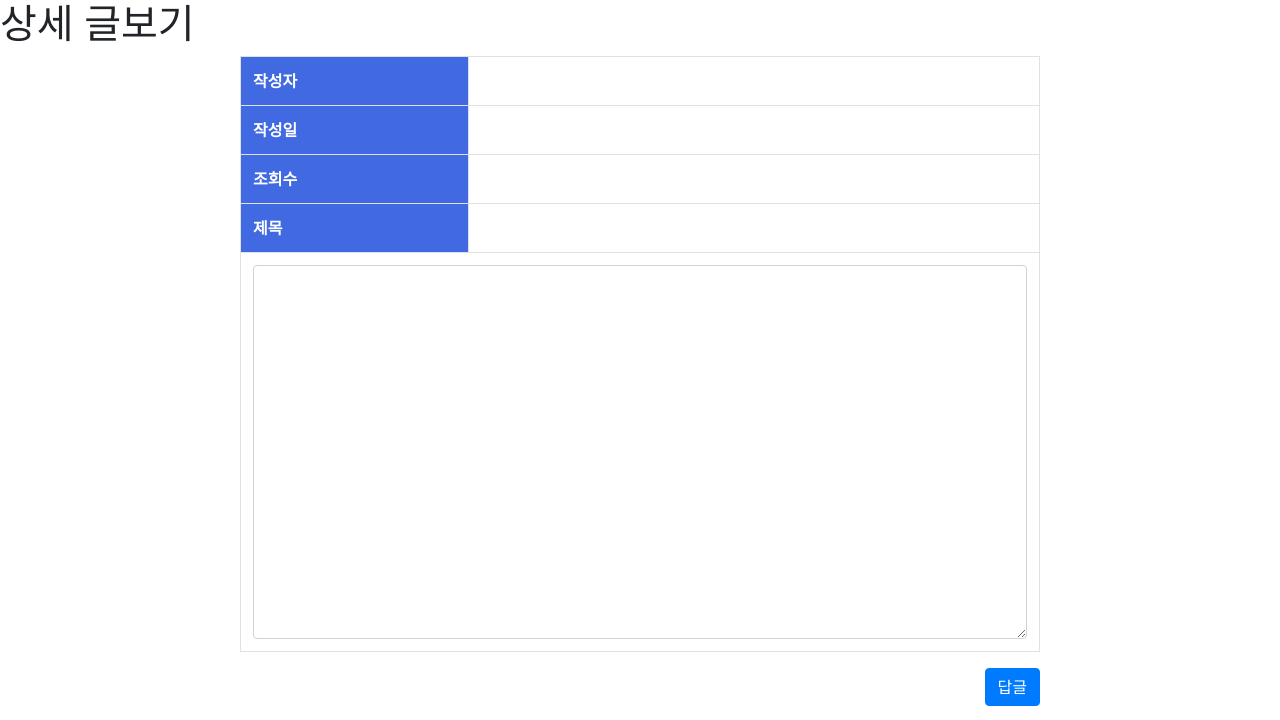
Repository: suhong99/SpringBootFront
Page: FrontSample/src/main/webapp/bbsupdate.html
These files come from the project's save history. The page is drawn as it stood at one moment and after a run of saves; the edit follows.
The browser window is 1280 px wide. The pictures show the whole page.

Above is the page before, as saved 2023-08-04 05:46:42.
Console error: TypeError: Cannot read properties of null (reading 'id')

After the next 2 saves:
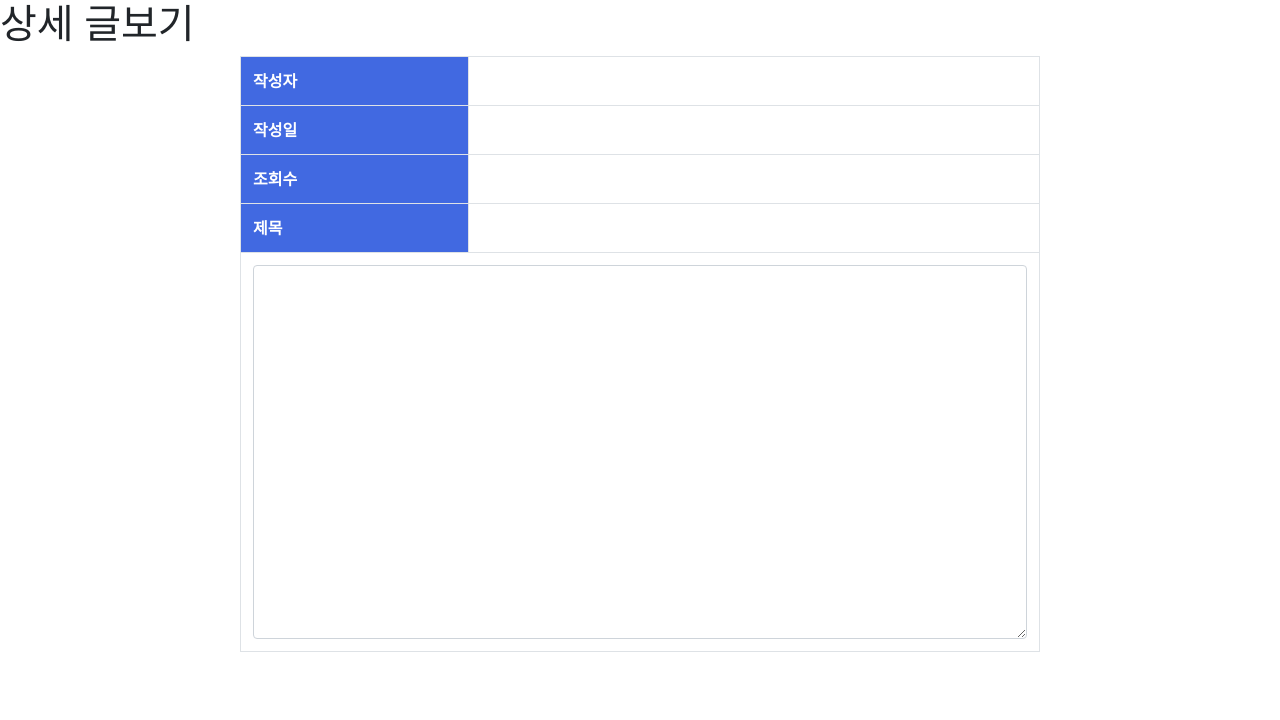
The 2 saves are shown as one change because they came seconds apart.
The last was saved 61 s later.
--- a/FrontSample/src/main/webapp/bbsupdate.html
+++ b/FrontSample/src/main/webapp/bbsupdate.html
@@ -60,11 +60,9 @@ cols="15" class="form-control" id="content" ></textarea>
 
 <div align="right">
 
-<button type="button" class="btn btn-primary" onclick="answerBbs()">답글</button>
-
 <button type="button" class="btn btn-primary" style="display: none;" id="editButton" onclick="">글수정</button>
 
-<button type="button" class="btn btn-primary" style="display: none;" id="deleteButton" onclick="">글삭제</button>
+<button type="button" class="btn btn-primary" style="display: none;" id="cancleButton" onclick="">취소</button>
 
 
 </div>
